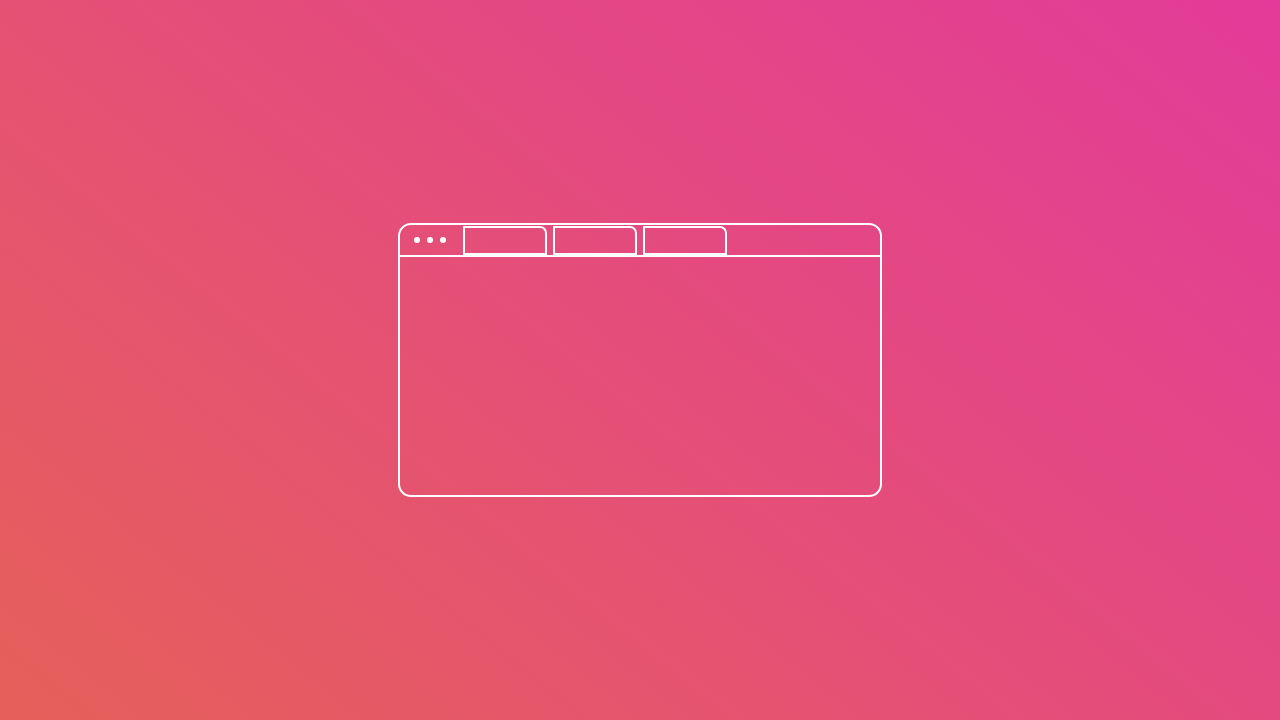
Repository: wrzonki/3d-css
Page: index.html
These files come from the project's save history. The page is drawn as it stood at one moment and after the next save; the edit follows.
The browser window is 1280 px wide. The pictures show the whole page.
The style sheet was rebuilt from its Sass, Less or Tailwind sources for each picture, by a compiler version that may differ from the author's.

Above is the page before, as saved 2019-11-25 21:20:07.

### index.html
<!DOCTYPE html>
<html lang="en">
<head>
    <meta charset="UTF-8">
    <meta name="viewport" content="width=device-width, initial-scale=1.0">
    <meta http-equiv="X-UA-Compatible" content="ie=edge">
    <link rel="stylesheet" href="index.css">
    <title>Document</title>
</head>
<body>
    <div id="wrapper">
        <div id="device" class="desktop">
            <div class="nav">
                <div class="dots">
                    <div class="dot"></div>
                    <div class="dot"></div>
                    <div class="dot"></div>
                </div>
                <div class="tabs">
                    <div class="tab"></div>
                    <div class="tab"></div>
                    <div class="tab"></div>
                </div>
            </div>
        </div>
    </div>
</body>
</html>

### index.scss
body {
    margin: 0;
    padding: 0;
}

#wrapper {
    width: 100vw;
    height: 100vh;
    display: flex;
    justify-content: center;
    align-items: center;
    background: linear-gradient(219deg, #dc00ff, #ec9400);
    background-size: 400% 400%;
    -webkit-animation: AnimationName 13s ease infinite;
    -moz-animation: AnimationName 13s ease infinite;
    -o-animation: AnimationName 13s ease infinite;
    animation: AnimationName 13s ease infinite;
    @-webkit-keyframes AnimationName {
        0%{background-position:22% 0%}
        50%{background-position:79% 100%}
        100%{background-position:22% 0%}
    }
    @-moz-keyframes AnimationName {
        0%{background-position:22% 0%}
        50%{background-position:79% 100%}
        100%{background-position:22% 0%}
    }
    @-o-keyframes AnimationName {
        0%{background-position:22% 0%}
        50%{background-position:79% 100%}
        100%{background-position:22% 0%}
    }
    @keyframes AnimationName {
        0%{background-position:22% 0%}
        50%{background-position:79% 100%}
        100%{background-position:22% 0%}
    }
}


#device {
    border: 2px solid #fff;
    border-radius: 13px;
    position: relative;
    .nav {
        $height: 30px;
        width: 100%;
        height: $height;
        position: relative;
        border-bottom: 2px solid #fff;
        display: flex;
        justify-content: flex-start;
        align-items: center;
        .dots {
            width: 40px;
            height: $height;
            display: flex;
            justify-content: space-around;
            align-items: center;
            margin-left: 10px;
            .dot {
                width: 6px;
                height: 6px;
                border-radius: 50%;
                background-color: #fff;
            }
        }
        .tabs {
            width: 90px * 3;
            height: 100%;
            display: flex;
            justify-content: space-around;
            align-items: center;
            margin-left: 10px;
        }
        .tab {
            border-top-right-radius: 7px;
            width: 80px;
            height: 25px;
            border: 2px solid #fff;
        }
    }

    $desktopRatioScale: 30px;
    $desktopWidth: 16 ;
    $desktopheight: 9;

    $tabletRatioScale: 80px;
    $tabletWidth: 3;
    $tabletheight: 4;

    $smartphoneRatioScale: 20px;
    $smartphoneWidth: 9;
    $smartphoneheight: 19.5;


    &.desktop {
        width: $desktopWidth * $desktopRatioScale;
        height: $desktopheight * $desktopRatioScale;
        .bar {
            top: 30px;
        }
    }
    &.tablet {
        width: $tabletWidth * $tabletRatioScale;
        height: $tabletheight * $tabletRatioScale;
    }
    &.smartphone {
        width: $smartphoneWidth * $smartphoneRatioScale;
        height: $smartphoneheight * $smartphoneRatioScale;
    }

}

After the next save:
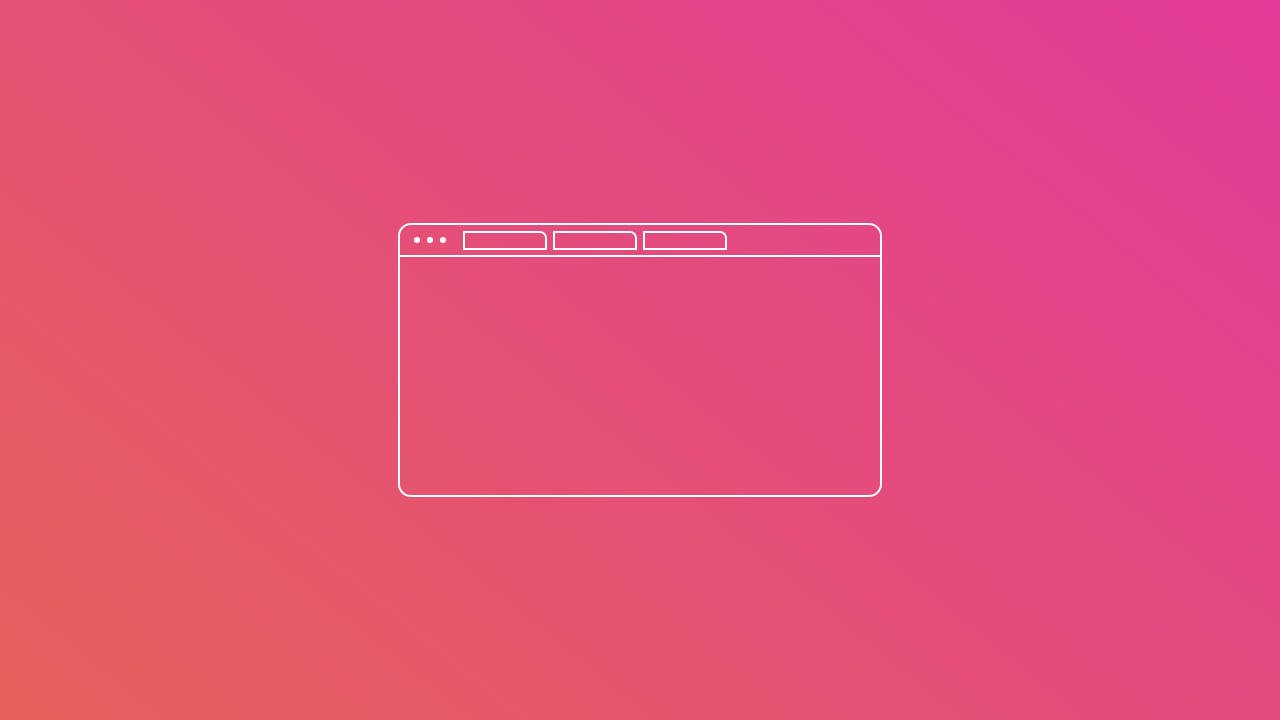
Saved 4 s later.
--- a/index.scss
+++ b/index.scss
@@ -76,7 +76,7 @@ body {
         .tab {
             border-top-right-radius: 7px;
             width: 80px;
-            height: 25px;
+            height: 15px;
             border: 2px solid #fff;
         }
     }
